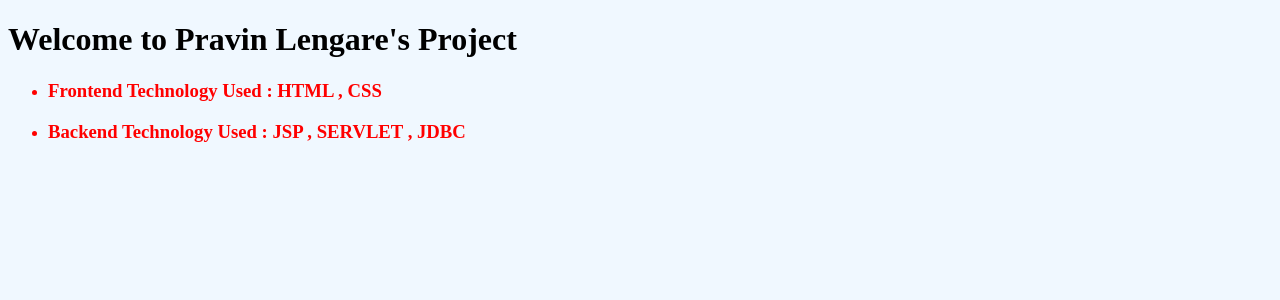
Repository: PravinLengare/Advance-Java
Page: http://localhost/Login-Register/
An editor plug-in stored every save of this project. The page is shown before and after the next save, followed by the edit.
The browser window is 1280 px wide. The pictures show the whole page.
The page is served by Tomcat 9. Other server files are loaded and not shown.

Above is the page before, as saved 2025-08-19 13:01:45.

### Login-Register/src/main/webapp/index.html
<!DOCTYPE html>
<html>
<head>
<meta charset="UTF-8">
<title>Index Page</title>
<link rel="stylesheet" href="style.css">
</head>
<body>
	<h1>Welcome to Pravin Lengare's Project </h1>
	<ul>
		<li><h3>Frontend Technology Used : HTML , CSS</h3></li>
		<li><h3>Backend Technology Used : JSP , SERVLET , JDBC </h3></li>

	</ul>

</body>
</html>

### Login-Register/src/main/webapp/style.css
@charset "UTF-8";
ul{
	color:red;
}
body{
	align-items: center;
	background-color: aliceblue;
}

After the next save:
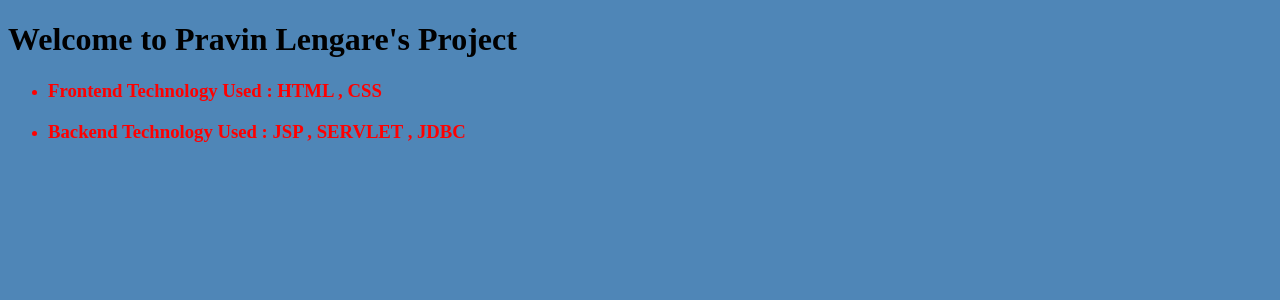
Saved 25 s later.
--- a/Login-Register/src/main/webapp/style.css
+++ b/Login-Register/src/main/webapp/style.css
@@ -4,5 +4,5 @@ ul{
 }
 body{
 	align-items: center;
-	background-color: aliceblue;
+	background-color: rgb(79, 134, 183);
 }
